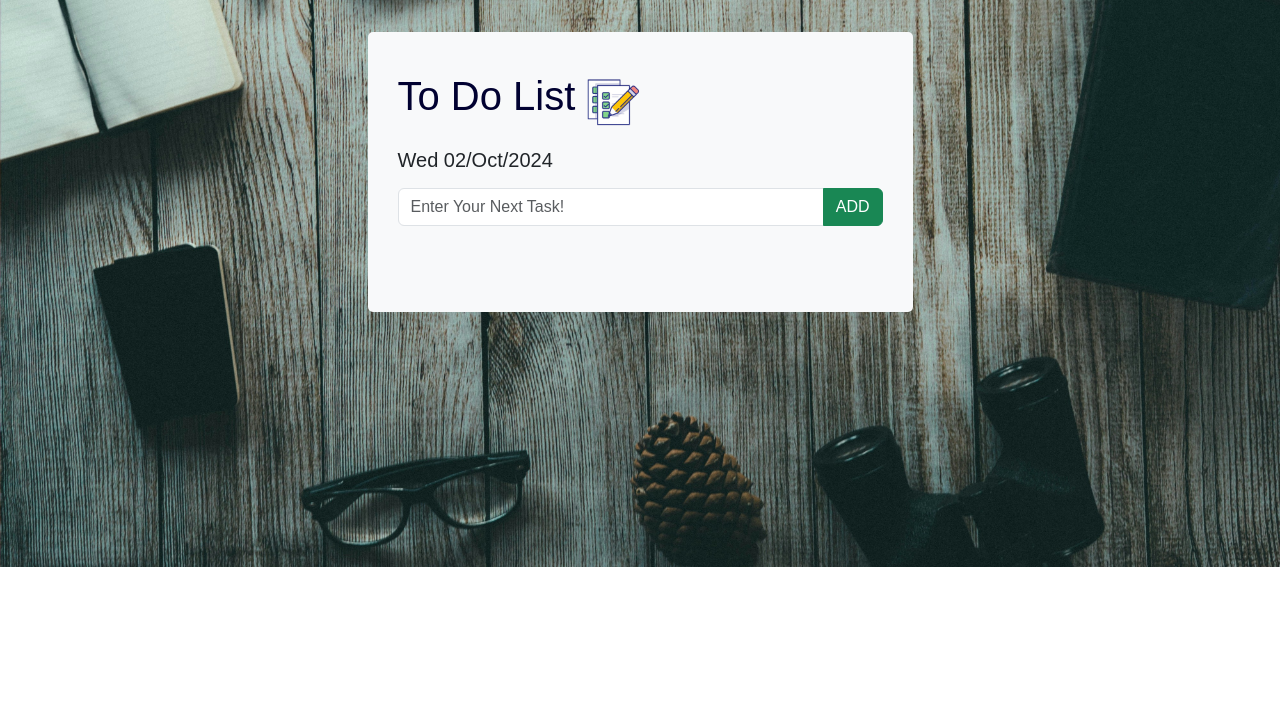
Repository: zeinawady/To_Do_List
Page: index.html
These files come from the project's save history. The page is drawn as it stood at one moment and after the next save; the edit follows.
The browser window is 1280 px wide. The pictures show the whole page.
Some web libraries are served in a nearby version.

Above is the page before, as saved 2024-10-04 01:35:17.

### index.html
<!DOCTYPE html>
<html lang="en">

<head>
    <meta charset="UTF-8">
    <meta name="viewport" content="width=device-width, initial-scale=1.0">
    <title>To Do list</title>
    <link href="https://cdn.jsdelivr.net/npm/bootstrap@5.3.3/dist/css/bootstrap.min.css" rel="stylesheet" integrity="sha384-QWTKZyjpPEjISv5WaRU9OFeRpok6YctnYmDr5pNlyT2bRjXh0JMhjY6hW+ALEwIH" crossorigin="anonymous">
    <link rel="stylesheet" href="https://cdnjs.cloudflare.com/ajax/libs/font-awesome/6.6.0/css/all.min.css" integrity="sha512-Kc323vGBEqzTmouAECnVceyQqyqdsSiqLQISBL29aUW4U/M7pSPA/gEUZQqv1cwx4OnYxTxve5UMg5GT6L4JJg==" crossorigin="anonymous" referrerpolicy="no-referrer" />
    <link rel="stylesheet" href="css/style.css">
</head>

<body>
<div class="app">
    <div class="container">
        <div class="todo-app bg-body-tertiary m-auto">
            <h1 class="d-flex mb-3">To Do List <img src="images/todolistpng.png" alt="to-do-list" class="logo ms-2" width="60"></h1>
           <h5 id="date" class="mb-3"></h6>
            <div class="input-group mb-3">
                <input type="text"  class="form-control" id="input-box" placeholder="Enter Your Next Task!" aria-label="Enter Your Next Task!" aria-describedby="button">
                <button class="btn btn-success" onclick="addTask()">ADD</button>

            </div>
            <ul id="list-container">
                <!-- <li class="checked">Task 0</li>
                <li>Task 1</li> -->
            </ul>
        </div>

</div>
    </div>
    <script src="https://cdn.jsdelivr.net/npm/bootstrap@5.3.3/dist/js/bootstrap.bundle.min.js" integrity="sha384-YvpcrYf0tY3lHB60NNkmXc5s9fDVZLESaAA55NDzOxhy9GkcIdslK1eN7N6jIeHz" crossorigin="anonymous"></script>
    <script src="script.js"></script>
</body>

</html>

### css/style.css
* {
    margin: 0;
    padding: 0;
    box-sizing: border-box;
    font-family: Arial, Helvetica, sans-serif;
}

:root {
    --font-color: rgb(1, 1, 49);
}

li {
    list-style: none;
}
body{
    background-image: url(../images/background3.jpg);
    background-position: center;
    background-size: cover;
    background-repeat: no-repeat;

}

.todo-app {
    max-width: 545px;
    /* margin: 100px auto; */
    padding: 40px 30px 70px;
    border-radius: 5px;
    transition: 0.5s;
    position: relative;
    top: 2rem;
}

.todo-app:hover {
    box-shadow: 4px 5px 10px 2px rgba(63, 63, 63, 0.5);


}

.todo-app h1 {
    color: var(--font-color);

}


.form {
    background-color: #efe2e2;
    border-radius: 10px;
}


ul li {
    position: relative;
    font-size: 22px;
    padding: 6px 0px 12px 40px;
    cursor: pointer;
}

ul li::before {
    content: '';
    position: absolute;
    height: 28px;
    width: 28px;
    border-radius: 50%;
    background-image: url(../images/unchecked.png);
    background-size: cover;
    background-position: center;
    left: 1px;
    top: 8px;
}

ul li.checked {
    color: #555;
    text-decoration: line-through;

}

ul li.checked::before {
    color: #666;
    background-image: url(../images/checked.png);
}

ul li span {
    position: absolute;
    right: 0;
    top: 10px;
    font-size: 20px;
    color: #555;
}

ul li button{
    position: absolute;
    right: 35px;
    top: 2px;

}

### script.js
let listContainer = document.getElementById("list-container");
let inputBox = document.getElementById("input-box");
let currentDate = document.getElementById("date");

inputBox.addEventListener("keydown", function (e) {
    if (e.key === "Enter") {
        e.preventDefault();
        addTask();
    }
});

listContainer.addEventListener("click", function (e) {
    //e is the event object contains info about event & target element that was clicked.
    if (e.target.tagName === "LI") {
        e.target.classList.toggle("checked"); //if it is added remove it and if it does not sxist add it
        saveTask();
        Notification.requestPermission().then(perm =>{
            if(perm==="granted"){
                new Notification("Good job!", {
                    body:"No Pain No Gain!",
                })
            }
        } )
    }
    else if (e.target.tagName === "SPAN") {
        e.target.parentElement.remove();
        saveTask();

    }
    else if (e.target.tagName === "BUTTON") {
        let li = e.target.parentElement;
        let currentTask = li.firstChild.textContent;
        let newTask = prompt("Edit Your Task: ", currentTask);
        if (newTask !== null && newTask.trim() !== "") {
            li.firstChild.textContent = newTask;
            saveTask();
        }
    }
})

function addTask() {
    if (inputBox.value === '') {
        alert("No Task Added!");
    }
    else {
        let li = document.createElement("li");
        li.innerHTML = inputBox.value;
        listContainer.appendChild(li);
        let xSign = document.createElement("span");
        xSign.classList.add('fa-solid','fa-trash')
        li.appendChild(xSign);

        let editBtn = document.createElement("button");
        editBtn.classList.add('btn', 'btn-outline-success', 'fas', 'fa-edit');
        li.appendChild(editBtn);
        Notification.requestPermission().then(perm =>{
            if(perm==="granted"){
                new Notification("You Have Added A new Task!🥳")
            }})
    }
    inputBox.value = "";  //so that input text become empty again
    saveTask();

}

function saveTask() {
    localStorage.setItem("Task", listContainer.innerHTML);
}
function showTask() {
    listContainer.innerHTML = localStorage.getItem("Task");
}

function displayDate() {
    let date = new Date();
    date = date.toString().split(" ");
    console.log(date);
    //split the date to string to take from it the important info only
    currentDate.innerHTML = date[0] + " " + date[2] + '/' + date[1] + '/' + date[3];
}

showTask();
window.onload = displayDate();

After the next save:
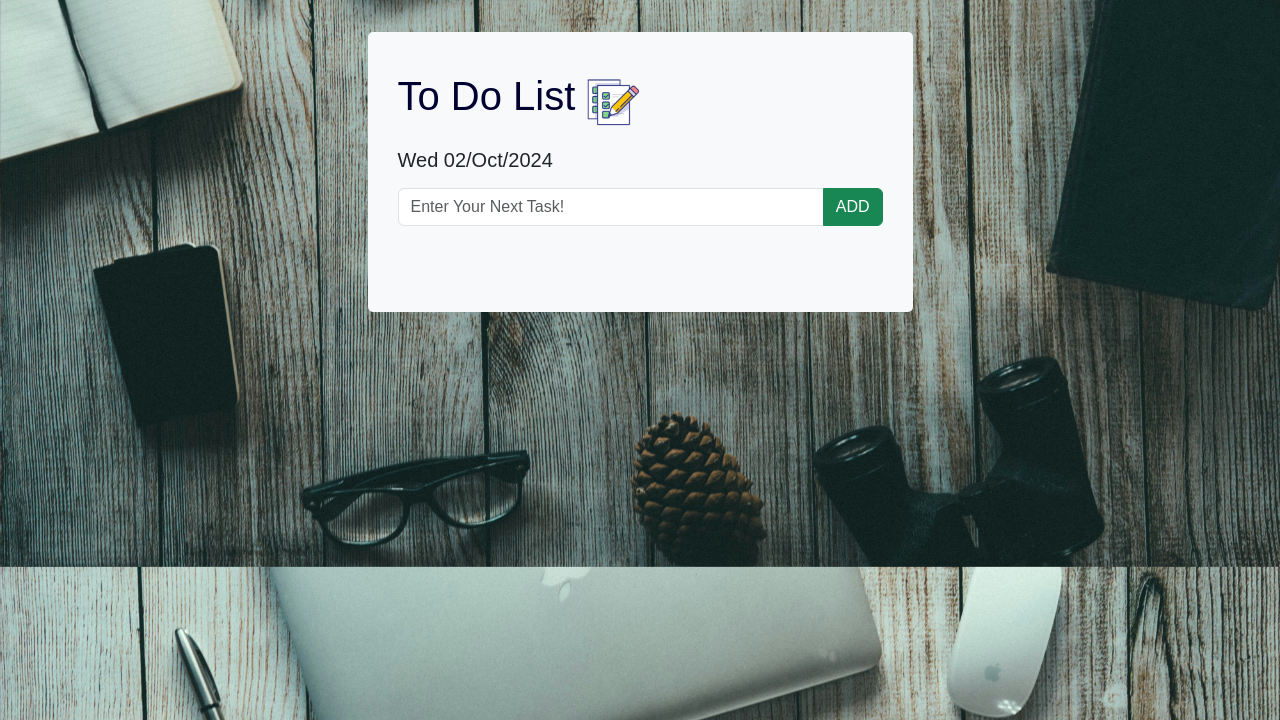
Saved 89 s later.
--- a/css/style.css
+++ b/css/style.css
@@ -16,7 +16,7 @@
     background-image: url(../images/background3.jpg);
     background-position: center;
     background-size: cover;
-    background-repeat: no-repeat;
+    /* background-repeat: no-repeat; */
 
 }
 

After the save that followed:
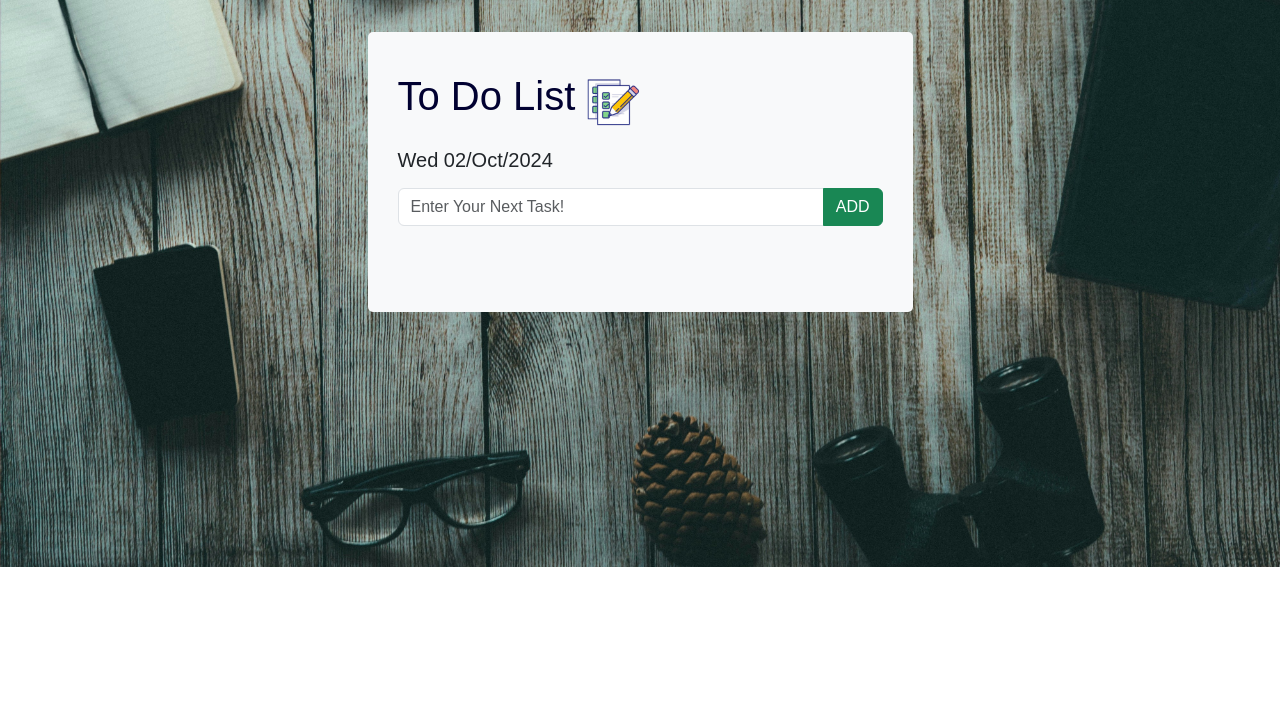
Saved 8 s later.
--- a/css/style.css
+++ b/css/style.css
@@ -16,7 +16,7 @@
     background-image: url(../images/background3.jpg);
     background-position: center;
     background-size: cover;
-    /* background-repeat: no-repeat; */
+    background-repeat: no-repeat;
 
 }
 
